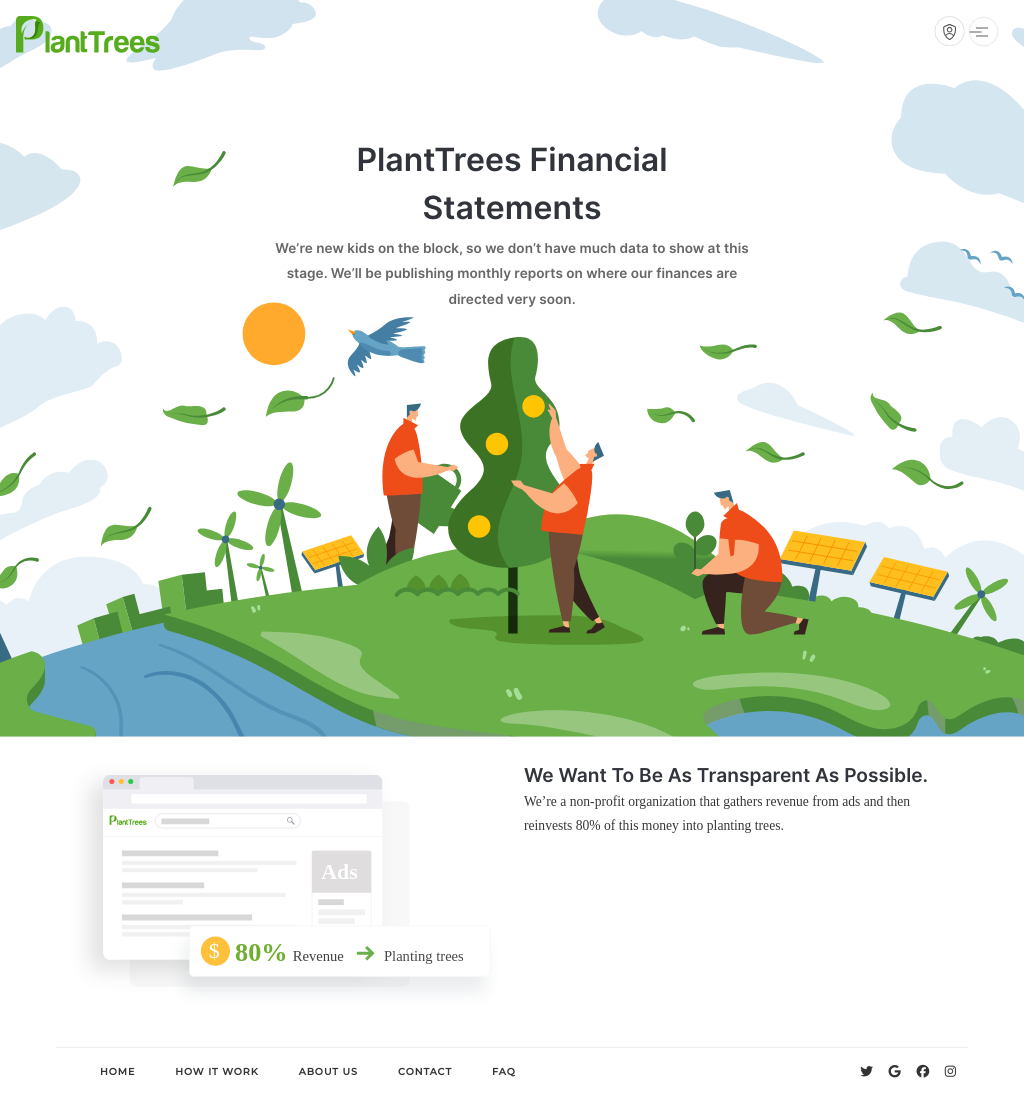
Repository: caothaito/b6g6
Page: bogo/financial.html
An editor plug-in stored every save of this project. The page is shown before and after the next save, followed by the edit.
The browser window is 1280 px wide. The pictures show the whole page, at 80% of full size.
Some web libraries are served in a nearby version. The style sheet was rebuilt from its Sass, Less or Tailwind sources for each picture, by a compiler version that may differ from the author's.

Above is the page before, as saved 2020-09-17 15:42:34.

After the next save:
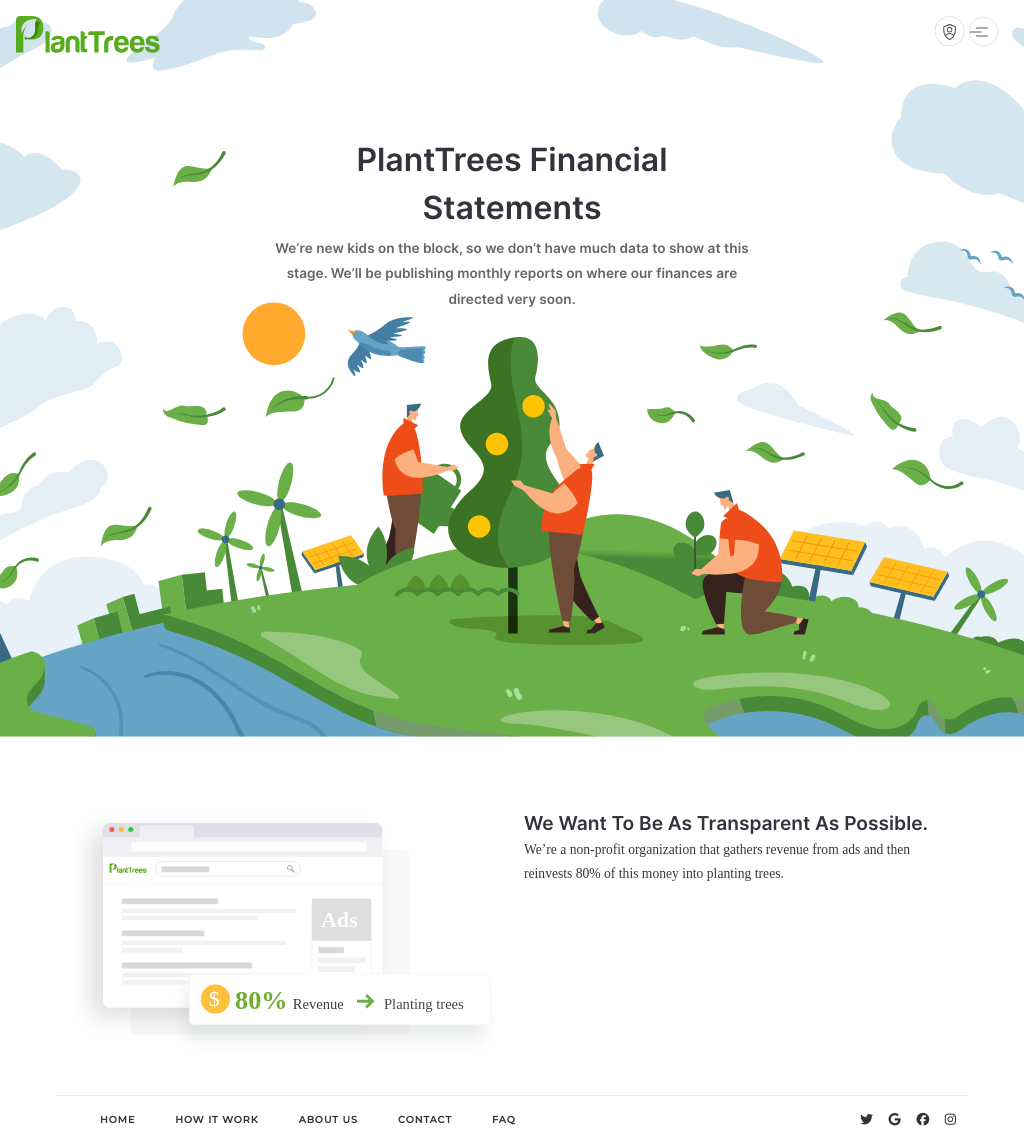
Saved 6 s later.
--- a/bogo/assets/css/financial.scss
+++ b/bogo/assets/css/financial.scss
@@ -95,7 +95,7 @@
 }
 
 .plant-trees-transparent{
-    margin-top: 30px;
+    margin-top: 90px;
     .plant-transparentLeft{
 
     }
